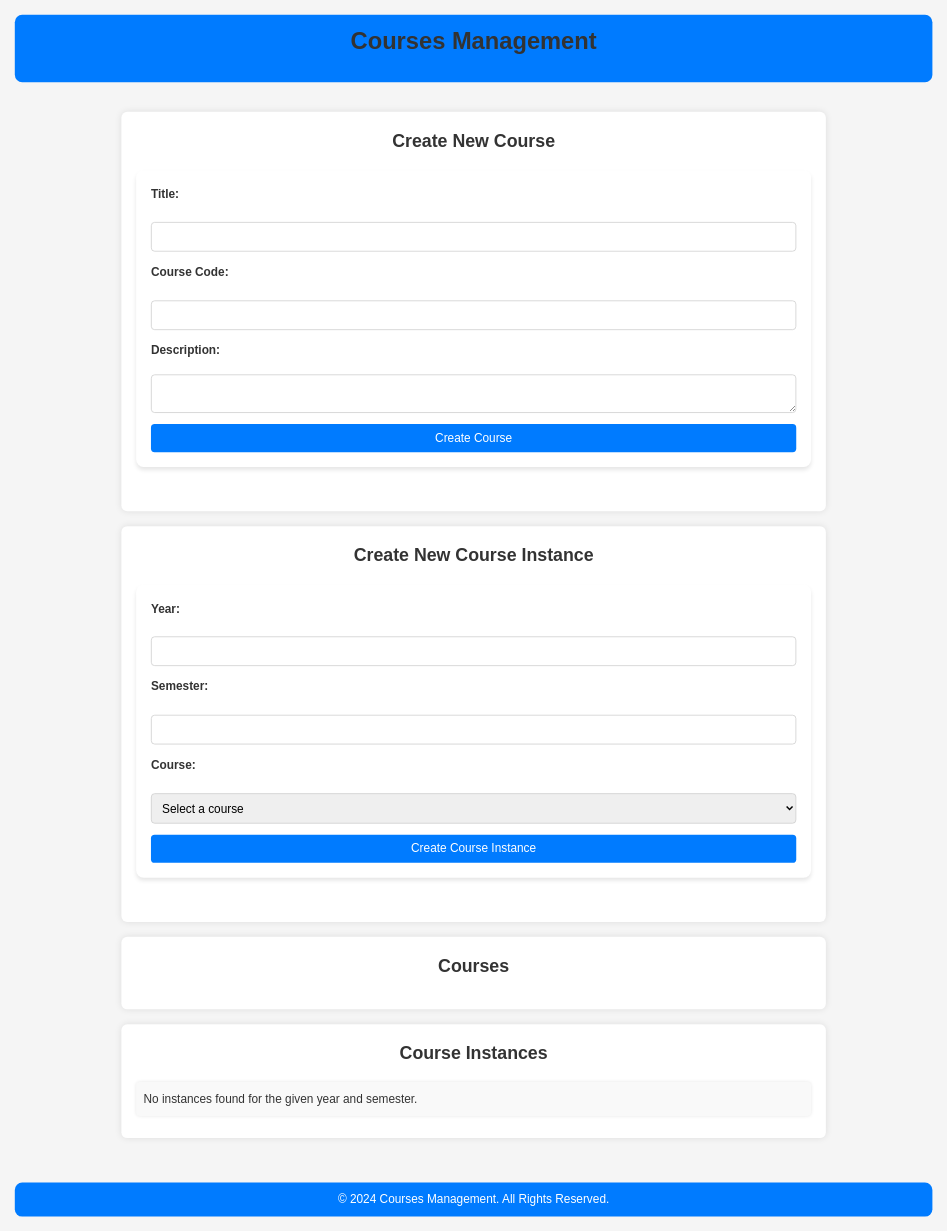
Repository: Rajdeep00-bit/Course_frontend
Page: /
An editor plug-in stored every save of this project. The page is shown before and after a run of saves, followed by the edit.
The browser window is 1280 px wide. The pictures show the whole page, at 74% of full size.
The page's requests for data from a server got no answer. The project was rebuilt for these pictures with package versions that can differ from the ones it lists, and the page was loaded fresh each time. No one was signed in, and anything a server would have sent is missing. Also part of the build but not shown: src/components/CourseInstanceDetails.js.

Above is the page before, as saved 2024-09-11 19:21:38.

After the next 2 saves:
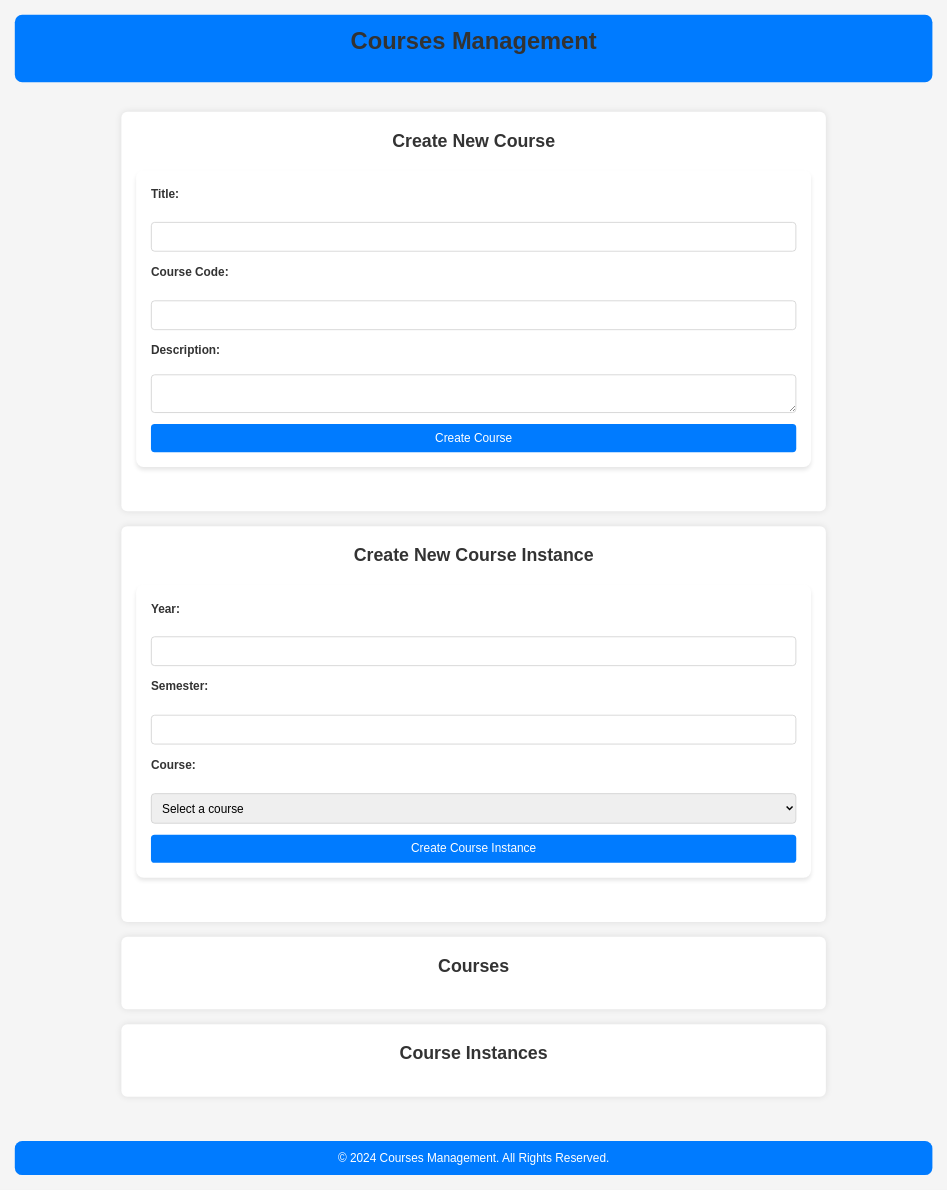
The 2 saves are shown as one change because 1 did not build or start.
The last was saved 2 min 23 s later.
--- a/src/components/CourseInstanceList.js
+++ b/src/components/CourseInstanceList.js
@@ -31,52 +31,29 @@
     }
 
     // Make sure the API URL is correct and the id is passed properly
-    fetch(`http://127.0.0.1:8000/api/instances/${id}/`, {  // Ensure the trailing slash
+    fetch(`http://127.0.0.1:8000/api/instances/${id}/`, {
       method: 'DELETE',
       headers: {
-        'Content-Type': 'application/json',  // Ensure the headers are correctly set
-      },
+        'Content-Type': 'application/json',
+      }
     })
       .then((response) => {
+        console.log(response);  // Add this line for debugging
         if (response.ok) {
           const updatedInstances = instances.filter((instance) => instance.id !== id);
-          setInstances(updatedInstances);  // Update the instances state
+          setInstances(updatedInstances);  // Update state
           alert("Instance deleted successfully.");
+        } else if (response.status === 404) {
+          alert("Instance not found. It might have already been deleted.");
         } else {
-          return response.json().then((err) => {
-            console.error('Error during deletion:', err);
-            alert('Failed to delete the instance.');
-          });
+          return response.json().then((err) => Promise.reject(err));
         }
-        fetch(`http://127.0.0.1:8000/api/instances/${id}/`, {
-  method: 'DELETE',
-  headers: {
-    'Content-Type': 'application/json',
-  }
-})
-  .then((response) => {
-    console.log(response);  // Add this line for debugging
-    if (response.ok) {
-      const updatedInstances = instances.filter((instance) => instance.id !== id);
-      setInstances(updatedInstances);  // Update state
-      alert("Instance deleted successfully.");
-    } else if (response.status === 404) {
-      alert("Instance not found. It might have already been deleted.");
-    } else {
-      return response.json().then((err) => Promise.reject(err));
-    }
-  })
-  .catch((error) => {
-    console.error("Error deleting instance:", error);
-    alert("Failed to delete the instance. Please try again.");
-  });
-
       })
       .catch((error) => {
         console.error("Error deleting instance:", error);
         alert("Failed to delete the instance. Please try again.");
       });
-  };
+
 
 
   // Fetch all course instances based on year and semester
@@ -125,5 +102,6 @@
     </div>
   );
 }
+}
 
 export default CourseInstanceList;

After the save that followed:
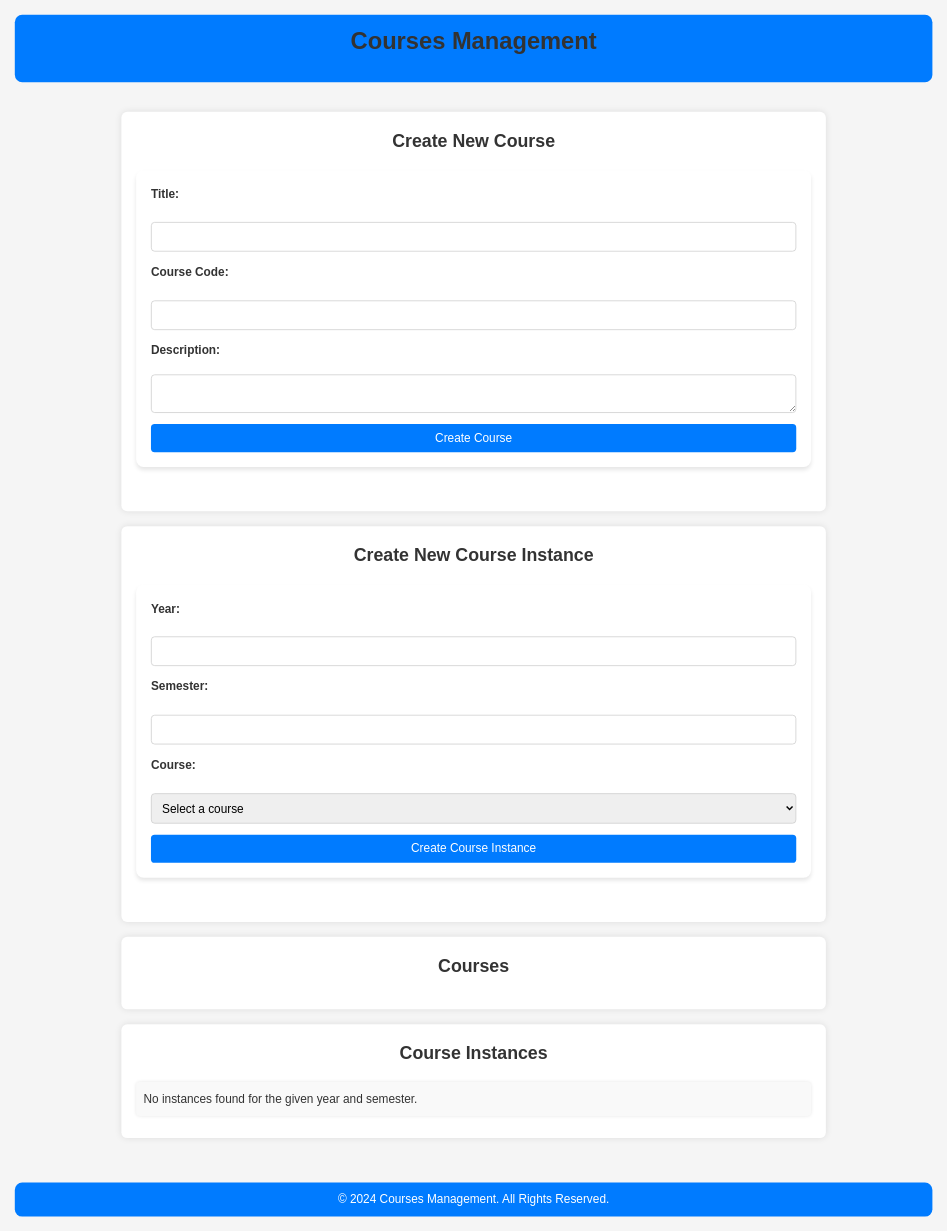
Saved 15 s later.
--- a/src/components/CourseInstanceList.js
+++ b/src/components/CourseInstanceList.js
@@ -1,9 +1,13 @@
 import React, { useEffect, useState } from 'react';
 
 function CourseInstanceList({ instances, setInstances, year, semester }) {
-  const [selectedInstance, setSelectedInstance] = useState(null);  // Define the state for selectedInstance
+  const [selectedInstance, setSelectedInstance] = useState(null);  // Ensure this is inside the component
 
-  // Fetch instance details
+  const handleInstanceCreated = () => {
+    fetchInstances();  // Refresh the list after a new instance is created
+  };
+
+  // Fetch instance details (for display or debugging)
   const viewInstanceDetails = (id) => {
     if (!year || !semester) {
       alert("Year and semester must be set to fetch instance details.");
@@ -24,27 +28,20 @@
       });
   };
 
-  // Delete instance function
+  // Function to delete the instance
   const deleteInstance = (id) => {
     if (!window.confirm("Are you sure you want to delete this course instance?")) {
       return;
     }
 
-    // Make sure the API URL is correct and the id is passed properly
-    fetch(`http://127.0.0.1:8000/api/instances/${id}/`, {
+    fetch(`http://127.0.0.1:8000/api/instances/${id}/`, {  // Ensure trailing slash
       method: 'DELETE',
-      headers: {
-        'Content-Type': 'application/json',
-      }
     })
       .then((response) => {
-        console.log(response);  // Add this line for debugging
         if (response.ok) {
           const updatedInstances = instances.filter((instance) => instance.id !== id);
           setInstances(updatedInstances);  // Update state
           alert("Instance deleted successfully.");
-        } else if (response.status === 404) {
-          alert("Instance not found. It might have already been deleted.");
         } else {
           return response.json().then((err) => Promise.reject(err));
         }
@@ -53,24 +50,22 @@
         console.error("Error deleting instance:", error);
         alert("Failed to delete the instance. Please try again.");
       });
+  };
 
+  // Fetch all course instances when component mounts
+  useEffect(() => {
+    fetchInstances();
+  }, [year, semester]);
 
-
-  // Fetch all course instances based on year and semester
   const fetchInstances = () => {
     if (!year || !semester) return;  // Prevent fetching if year or semester is not set
-    fetch(`http://127.0.0.1:8000/api/instances/${year}/${semester}/`)
-      .then(response => response.json())
-      .then(data => setInstances(data))
+    fetch(`http://127.0.0.1:8000/api/instances/${year}/${semester}`)
+      .then((response) => response.json())
+      .then((data) => setInstances(data))
       .catch((error) => {
         console.error('Error fetching instances:', error);
       });
   };
-
-  // Fetch all course instances when year or semester changes
-  useEffect(() => {
-    fetchInstances();
-  }, [year, semester]);
 
   return (
     <div>
@@ -78,7 +73,7 @@
         {instances.length === 0 ? (
           <li>No instances found for the given year and semester.</li>
         ) : (
-          instances.map(instance => (
+          instances.map((instance) => (
             <li key={instance.id}>
               {instance.course.title} - {instance.year}/{instance.semester}
               <button onClick={() => viewInstanceDetails(instance.id)}>View Details</button>
@@ -87,21 +82,9 @@
           ))
         )}
       </ul>
-
-      {/* Display selected instance details */}
-      {selectedInstance && (
-        <div>
-          <h2>Course Instance Details</h2>
-          <p>Course Title: {selectedInstance.course.title}</p>
-          <p>Year: {selectedInstance.year}</p>
-          <p>Semester: {selectedInstance.semester}</p>
-          {/* Add more fields as needed */}
-          <button onClick={() => setSelectedInstance(null)}>Close Details</button>  {/* Close details */}
-        </div>
-      )}
     </div>
   );
 }
-}
 
+// Move the export to the end of the file, at the top level, not inside any code blocks
 export default CourseInstanceList;
